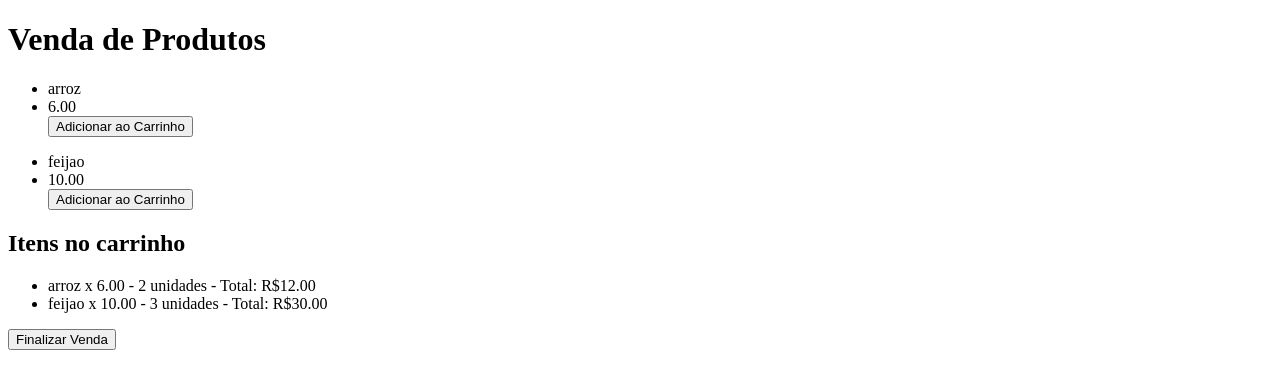
Repository: joaobatistafrontend/test-venda
Page: http://localhost/
These files come from the project's save history. The page is drawn as it stood at one moment and after the next save; the edit follows.
The browser window is 1280 px wide. The pictures show the whole page.
The page is served by the project's application, run on Django 4.2 (manage.py). The page reads the database file committed with the project. Queries for data that is not in the repository find no rows.

Above is the page before, as saved 2024-09-23 01:03:55.

After the next save:
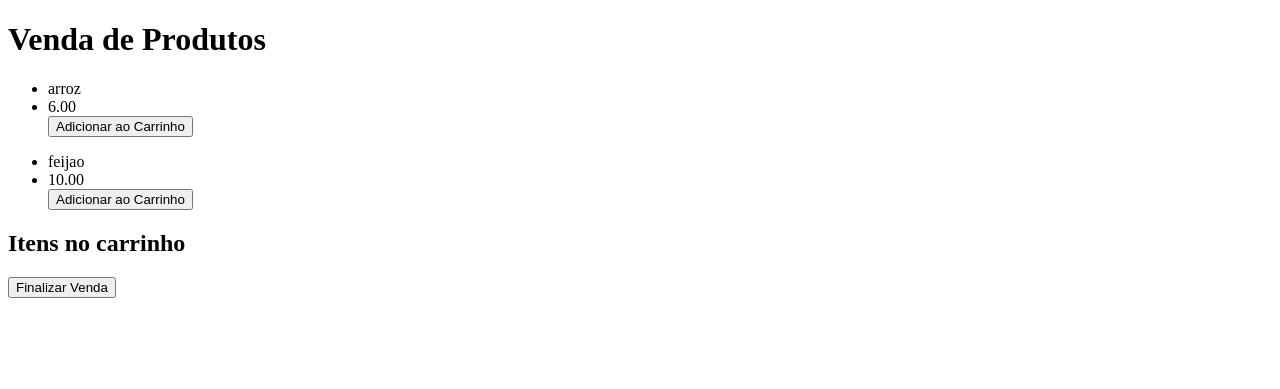
Saved 14 s later.
--- a/core/venda.py
+++ b/core/venda.py
@@ -23,8 +23,14 @@ class VendaView(TemplateView):
         total_venda = sum(item.total for item in itens_venda)
 
 
-        return render(request, self.template_name, {'produtos': produtos, 'carrinho': carrinho, 'item' : item})
 
+        return render(request, self.template_name, {
+            'produtos': produtos,
+            'carrinho': carrinho,
+            'total_venda': total_venda,
+            'venda': venda_atual,
+            'itens_venda': itens_venda,
+        })
     def post(self, request):
         # Quando o botão "Adicionar ao Carrinho" for pressionado
         produto_id = request.POST.get('produto_id')
